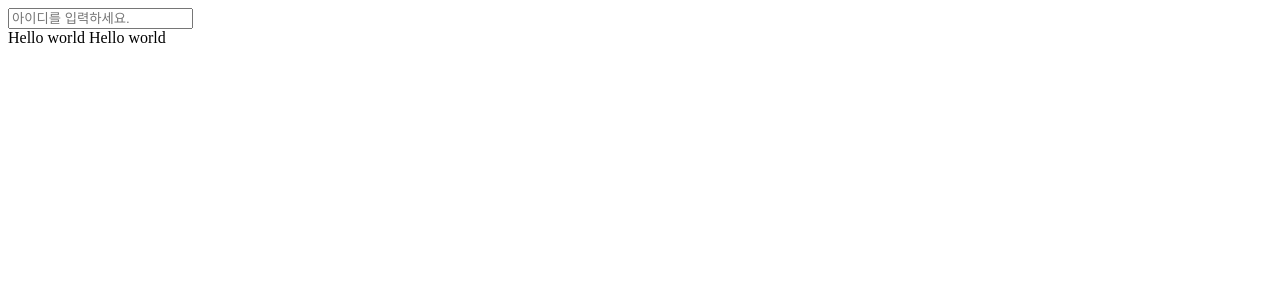
Repository: Chojaejun/javastudy
Page: HelloWorld/WebContent/a.html
These files come from the project's save history. The page is drawn as it stood at one moment and after the next save; the edit follows.
The browser window is 1280 px wide. The pictures show the whole page.

Above is the page before, as saved 2020-12-04 05:57:39.

### HelloWorld/WebContent/a.html
<!DOCTYPE html>
<html>
<head>
<meta charset="UTF-8">
<title>nani</title>
</head>
<body>
<input placeholder="아이디를 입력하세요.">
<br>
Hello world
Hello		world
<form action="">


</form>

</body>
</html>

After the next save:
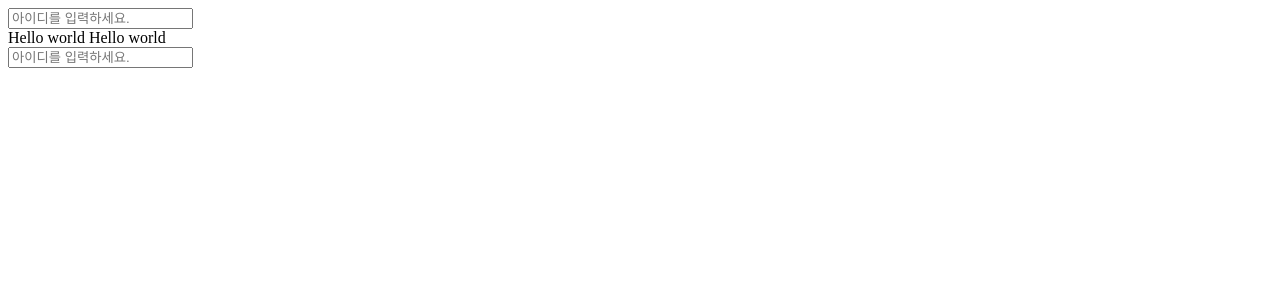
Saved 16 s later.
--- a/HelloWorld/WebContent/a.html
+++ b/HelloWorld/WebContent/a.html
@@ -10,7 +10,7 @@
 Hello world
 Hello		world
 <form action="">
-
+<input placeholder="아이디를 입력하세요.">
 
 </form>
 
